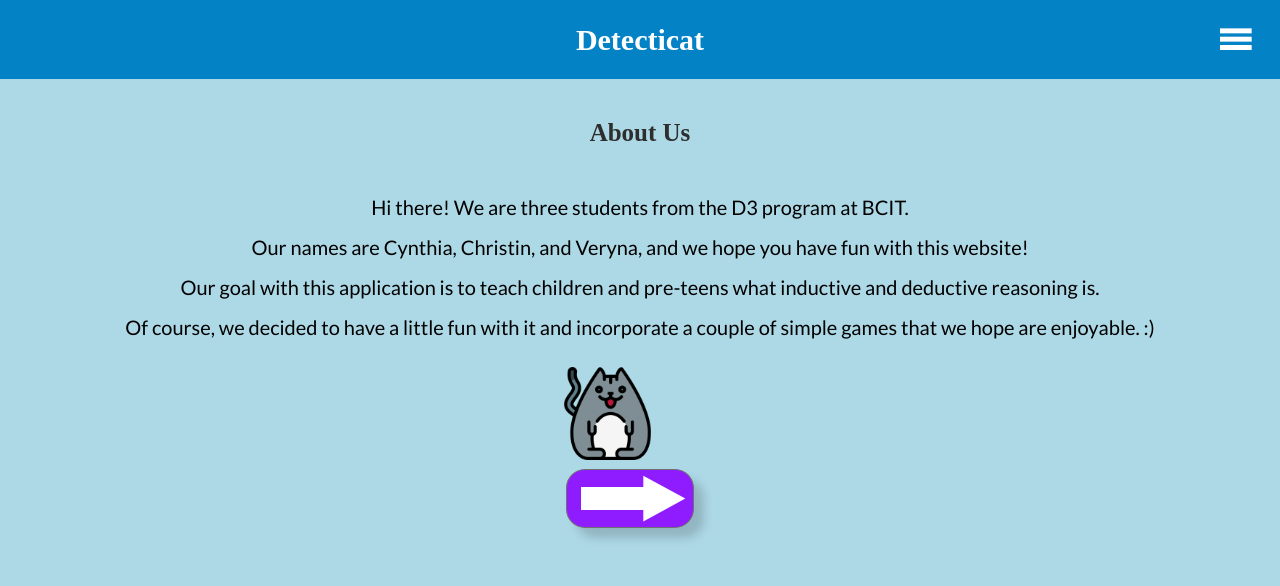
Repository: cynthiahcheng/Detecticat
Page: about page/about-us.html
The author's editor kept a copy of each file at every save. The page is drawn from the files as they stood at one save, then again after the next save.
The browser window is 1280 px wide. The pictures show the whole page.

Above is the page before, as saved 2020-03-14 22:24:56.

After the next save:
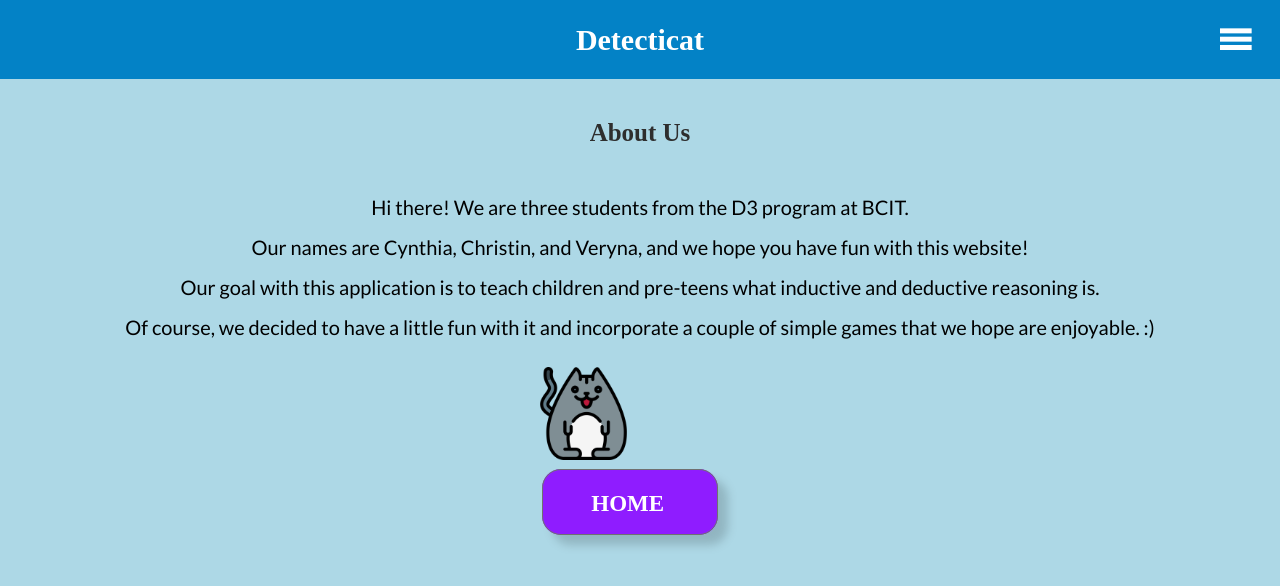
Saved 19 s later.
--- a/about page/about-us.html
+++ b/about page/about-us.html
@@ -43,8 +43,8 @@
                 <div class="footer_cat">
                     <img class="cat" src="../svg/cat.svg">
                 </div>
-                <div class="footer_btn">
-                    <img src="../svg/arrow.svg">
+                <div class="home_btn">
+                    <img src="../svg/home.svg">
                 </div>
             </div>
 
